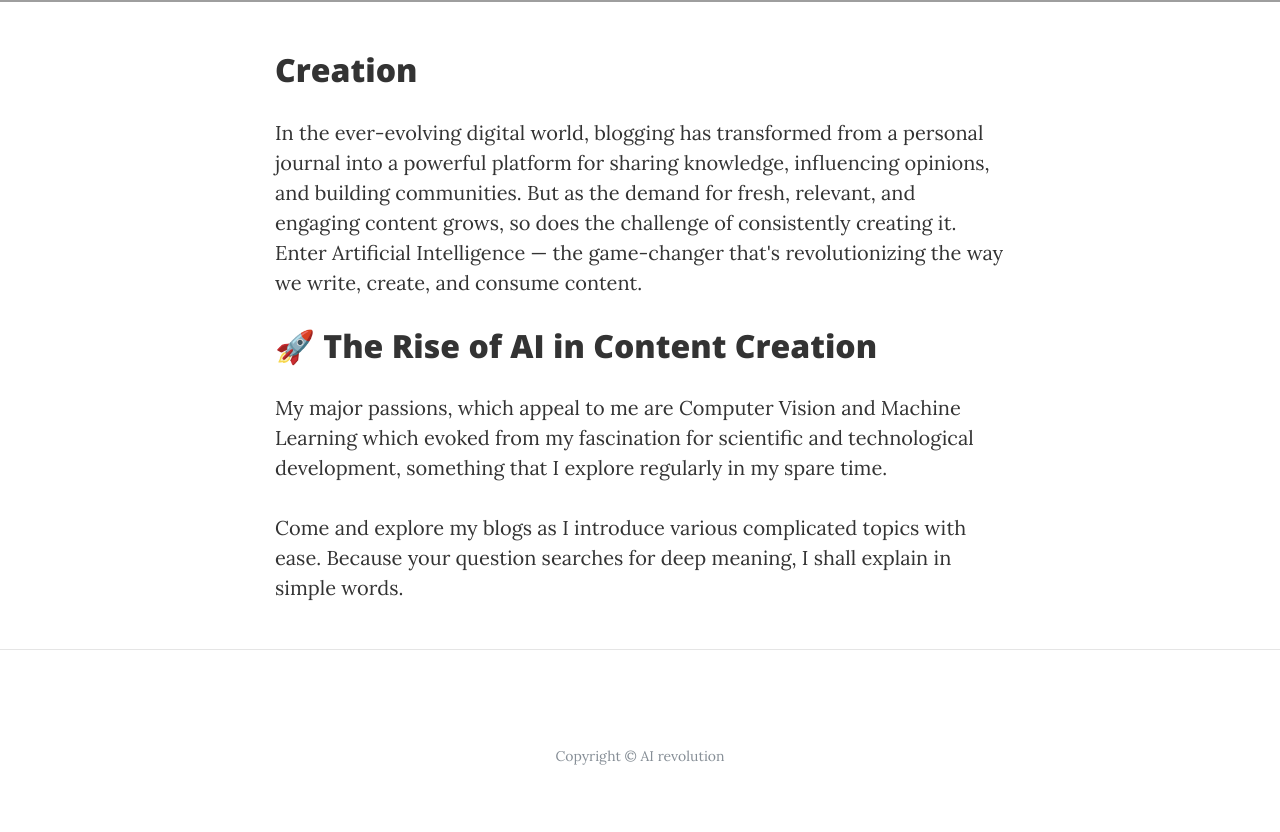
Repository: wahibkhannn/WriteWise-AI_blogging
Page: http://localhost/about
The author's editor kept a copy of each file at every save. The page is drawn from the files as they stood at one save, then again after the next save.
The browser window is 1280 px wide. The pictures show the part of the page from y = 522 to 1474 px (the page is 1354 px tall before and 1474 px after).
Pictures or frames that could not be fetched are drawn as grey boxes. Some web fonts or font styles are not loaded; a fallback is used. The page is served by the project's application, run on Flask 3 (app.py).

Above is the page before, as saved 2025-07-01 14:00:57.

### templates/about.html
<!DOCTYPE html>
<html lang="en">

  <head>

    <meta charset="utf-8">
    <meta name="viewport" content="width=device-width, initial-scale=1, shrink-to-fit=no">
    <meta name="description" content="">
    <meta name="author" content="">

    <title>Blog Speaks</title>

    <link href="{{ url_for('static', filename='bootstrap.min.css') }}" rel="stylesheet">
    <link href="{{ url_for('static', filename='font-awesome.min.css') }}" rel="stylesheet" type="text/css">
    <link href='https://fonts.googleapis.com/css?family=Lora:400,700,400italic,700italic' rel='stylesheet' type='text/css'>
    <link href='https://fonts.googleapis.com/css?family=Open+Sans:300italic,400italic,600italic,700italic,800italic,400,300,600,700,800' rel='stylesheet' type='text/css'>
    <link href="{{ url_for('static', filename='blog.min.css') }}" rel="stylesheet">

  </head>

  <body>

    <!-- Navigation -->
    <nav class="navbar navbar-expand-lg navbar-light fixed-top" id="mainNav">
      <div class="container">
        <a class="navbar-brand" href="{{ url_for('index') }}">Blog Speaks</a>
        <button class="navbar-toggler navbar-toggler-right" type="button" data-toggle="collapse" data-target="#navbarResponsive" aria-controls="navbarResponsive" aria-expanded="false" aria-label="Toggle navigation">
          Menu
          <i class="fa fa-bars"></i>
        </button>
        <div class="collapse navbar-collapse" id="navbarResponsive">
          <ul class="navbar-nav ml-auto">
            <li class="nav-item">
              <a class="nav-link" href="{{ url_for('index') }}">Home</a>
            </li>
            <li class="nav-item">
              <a class="nav-link" href="{{ url_for('about') }}">About Me</a>
            </li>
            <li class="nav-item">
              <a class="nav-link" href="{{ url_for('add') }}">Add</a>
            </li>
            <li class="nav-item">
              <a class="nav-link" href="{{ url_for('delete') }}">Delete</a>
            </li>
          </ul>
        </div>
      </div>
    </nav>

    <!-- Page Header -->
    <header class="masthead" style="background-image: url('{{ url_for('static', filename='about_me.jpg') }}')">
      <div class="container">
        <div class="row">
          <div class="col-lg-8 col-md-10 mx-auto">
            <div class="page-heading">
              <h1>AI revolution</h1>
              <span class="subheading">Revolutionizing WriteWise AI: The Future of Content Creation</span>
            </div>
          </div>
        </div>
      </div>
    </header>

    <!-- Main Content -->
    <div class="container">
      <div class="row">
        <div class="col-lg-8 col-md-10 mx-auto">
          <h2>Creation</h2>
          <p>In the ever-evolving digital world, blogging has transformed from a personal journal into a powerful platform for sharing knowledge, influencing opinions, and building communities. But as the demand for fresh, relevant, and engaging content grows, so does the challenge of consistently creating it. Enter Artificial Intelligence — the game-changer that's revolutionizing the way we write, create, and consume content.</p>
          <h2>🚀 The Rise of AI in Content Creation</h2>
          <p>My major passions, which appeal to me are Computer Vision and Machine Learning which evoked from my fascination for scientific and technological development, something that I explore regularly in my spare time.</p>
          <p>Come and explore my blogs as I introduce various complicated topics with ease. Because your question searches for deep meaning, I shall explain in simple words.</p>
        </div>
      </div>
    </div>

    <hr>

    <!-- Footer -->
    <footer>
      <div class="container">
        <div class="row">
          <div class="col-lg-8 col-md-10 mx-auto">
            <p class="copyright text-muted">Copyright &copy; AI revolution</p>
          </div>
        </div>
      </div>
    </footer>

    <script src="{{ url_for('static', filename='jquery.min.js') }}"></script>
    <script src="{{ url_for('static', filename='popper.min.js') }}"></script>
    <script src="{{ url_for('static', filename='bootstrap.min.js') }}"></script>
    <script src="{{ url_for('static', filename='blog.min.js') }}"></script>

  </body>

</html>

### app.py
from flask import Flask, render_template, request, redirect, url_for
from flask_sqlalchemy import SQLAlchemy
from datetime import datetime

app = Flask(__name__)

app.config['SQLALCHEMY_DATABASE_URI'] = 'sqlite:///F:/STUDY/Projects/18BLC1131_DA1/blog_speaks/blog.db'

db = SQLAlchemy(app)

class Blogpost(db.Model):
    id = db.Column(db.Integer, primary_key=True)
    title = db.Column(db.String(50))
    subtitle = db.Column(db.String(50))
    author = db.Column(db.String(20))
    date_posted = db.Column(db.DateTime)
    content = db.Column(db.Text)

@app.route('/')
def index():
    posts = Blogpost.query.order_by(Blogpost.date_posted.desc()).all()
    return render_template('index.html', posts=posts)

@app.route('/about')
def about():
    return render_template('about.html')

@app.route('/post/<int:post_id>')
def post(post_id):
    post = Blogpost.query.filter_by(id=post_id).one()
    return render_template('post.html', post=post)

@app.route('/add')
def add():
    return render_template('add.html')

@app.route('/delete')
def delete():
    posts = Blogpost.query.order_by(Blogpost.date_posted.desc()).all()
    return render_template('delete.html', posts=posts)

@app.route('/addpost', methods=['POST'])
def addpost():
    title = request.form['title']
    subtitle = request.form['subtitle']
    author = request.form['author']
    content = request.form['content']

    post = Blogpost(title=title, subtitle=subtitle, author=author, content=content, date_posted=datetime.now())

    db.session.add(post)
    db.session.commit()

    return redirect(url_for('index'))

@app.route('/deletepost', methods=['DELETE','POST'])
def deletepost():
    post_id = request.form.get("post_id")

    post = Blogpost.query.filter_by(id=post_id).first()

    db.session.delete(post)
    db.session.commit()

    return redirect(url_for('index'))

if __name__ == '__main__':
    app.run(debug=True)

### static/blog.min.js
!function(i){"use strict";i("body").on("input propertychange",".floating-label-form-group",function(o){i(this).toggleClass("floating-label-form-group-with-value",!!i(o.target).val())}).on("focus",".floating-label-form-group",function(){i(this).addClass("floating-label-form-group-with-focus")}).on("blur",".floating-label-form-group",function(){i(this).removeClass("floating-label-form-group-with-focus")});if(i(window).width()>1170){var o=i("#mainNav").height();i(window).on("scroll",{previousTop:0},function(){var s=i(window).scrollTop();s<this.previousTop?s>0&&i("#mainNav").hasClass("is-fixed")?i("#mainNav").addClass("is-visible"):i("#mainNav").removeClass("is-visible is-fixed"):s>this.previousTop&&(i("#mainNav").removeClass("is-visible"),s>o&&!i("#mainNav").hasClass("is-fixed")&&i("#mainNav").addClass("is-fixed")),this.previousTop=s})}}(jQuery);

Loaded but not shown: static/bootstrap.min.css (library); static/font-awesome.min.css (library); static/blog.min.css (library); static/jquery.min.js (library); static/popper.min.js (library); static/bootstrap.min.js (library)

After the next save:
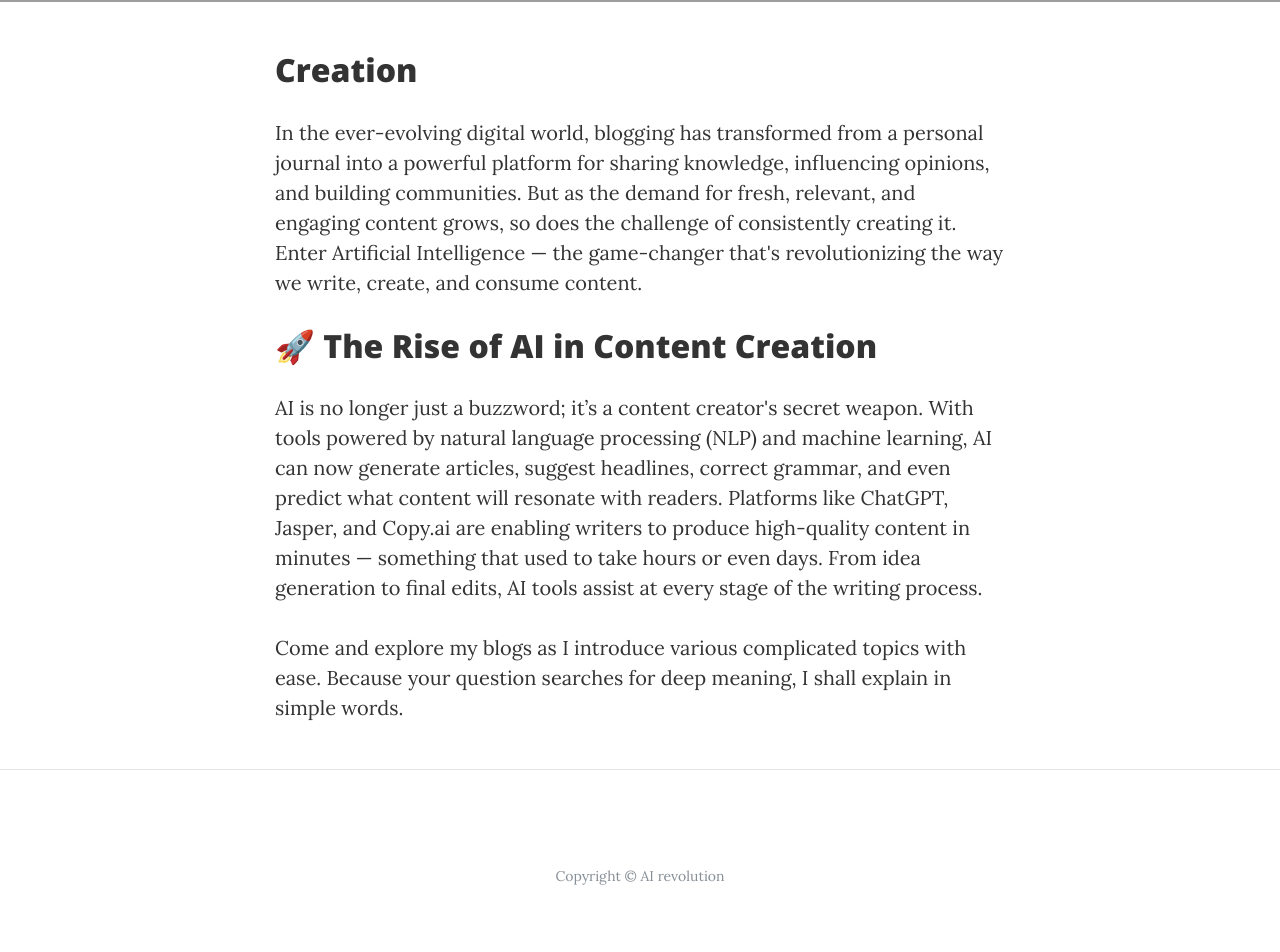
Saved 22 s later.
--- a/templates/about.html
+++ b/templates/about.html
@@ -68,7 +68,9 @@
           <h2>Creation</h2>
           <p>In the ever-evolving digital world, blogging has transformed from a personal journal into a powerful platform for sharing knowledge, influencing opinions, and building communities. But as the demand for fresh, relevant, and engaging content grows, so does the challenge of consistently creating it. Enter Artificial Intelligence — the game-changer that's revolutionizing the way we write, create, and consume content.</p>
           <h2>🚀 The Rise of AI in Content Creation</h2>
-          <p>My major passions, which appeal to me are Computer Vision and Machine Learning which evoked from my fascination for scientific and technological development, something that I explore regularly in my spare time.</p>
+          <p>AI is no longer just a buzzword; it’s a content creator's secret weapon. With tools powered by natural language processing (NLP) and machine learning, AI can now generate articles, suggest headlines, correct grammar, and even predict what content will resonate with readers.
+
+Platforms like ChatGPT, Jasper, and Copy.ai are enabling writers to produce high-quality content in minutes — something that used to take hours or even days. From idea generation to final edits, AI tools assist at every stage of the writing process.</p>
           <p>Come and explore my blogs as I introduce various complicated topics with ease. Because your question searches for deep meaning, I shall explain in simple words.</p>
         </div>
       </div>
